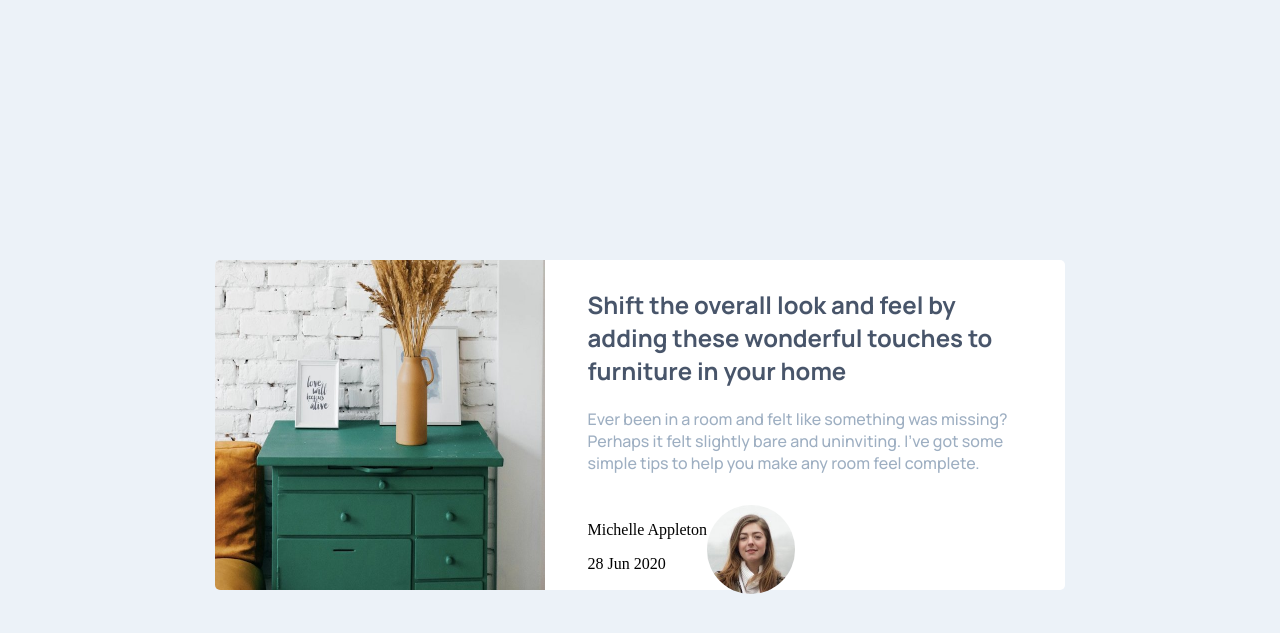
Repository: ricky603/training-css
Page: article-preview-component-master/index.html
An editor plug-in stored every save of this project. The page is shown before and after the next save, followed by the edit.
The browser window is 1280 px wide. The pictures show the whole page.

Above is the page before, as saved 2020-09-09 09:09:50.

### article-preview-component-master/index.html
<!DOCTYPE html>
<html lang="en">

<head>
    <meta charset="UTF-8">
    <meta name="viewport" content="width=device-width, initial-scale=1.0">
    <!-- displays site properly based on user's device -->

    <link rel="icon" type="image/png" sizes="32x32" href="./images/favicon-32x32.png">
    <link rel="stylesheet" href="./styles.css">
    <link href="https://fonts.googleapis.com/css2?family=Manrope:wght@500;700&display=swap" rel="stylesheet">

    <title>Frontend Mentor | Article preview component</title>

    <!-- Feel free to remove these styles or customise in your own stylesheet 👍 -->
</head>

<body>
    <div class="article">
        <div id="image">
            <img src="./images/drawers.jpg" class="drawer">
        </div>

        <div class="post">
            <div class="head">
                <h2>Shift the overall look and feel by adding these wonderful touches to furniture in your home</h2>
            </div>
            <div class="body">
                <p>Ever been in a room and felt like something was missing? Perhaps it felt slightly bare and uninviting. I’ve got some simple tips to help you make any room feel complete.</p>
            </div>
            <div class="avatar">
                <img src="./images/avatar-michelle.jpg" class="profile">
                <div class="name">
                    <p>Michelle Appleton</p>
                    <p>28 Jun 2020</p>
                </div>
            </div>
        </div>
    </div>


</body>

</html>

<!--

  Ever been in a room and felt like something was missing? Perhaps
  it felt slightly bare and uninviting. I’ve got some simple tips
  to help you make any room feel complete.

  Michelle Appleton
  28 Jun 2020

  Share -->

### article-preview-component-master/styles.css
body {
    background-color: hsl(210, 46%, 95%);
}

h2 {
    font-family: 'Manrope';
    font-weight: 700;
}

#image {
    display: inline-block;
}

.post {
    position: absolute;
    width: 52%;
    display: inline-block;
    margin: 1% 5% 0 5%;
}

.body {
    position: relative;
    display: inline-block;
    font-family: 'Manrope';
    font-weight: 500;
    font-size: 16px;
    color: hsl(212, 23%, 69%);
    bottom: 15px;
}

.head {
    display: inline-block;
    color: hsl(217, 19%, 35%);
}

.article {
    position: fixed;
    width: 850px;
    height: 330px;
    background-color: white;
    margin: auto;
    top: 50%;
    left: 50%;
    margin-top: -100px;
    margin-left: -425px;
    border-radius: 5px;
}

.drawer {
    width: 330px;
    height: 330px;
    border-radius: 5px 0 0 5px;
}

.attribution {
    font-size: 11px;
    text-align: center;
}

.attribution a {
    color: hsl(228, 45%, 44%);
}

.avatar {
    display: inline-block;
}

.profile {
    height: 30%;
    width: 30%;
    border-radius: 100%;
}

.name {
    float: left;
}

After the next save:
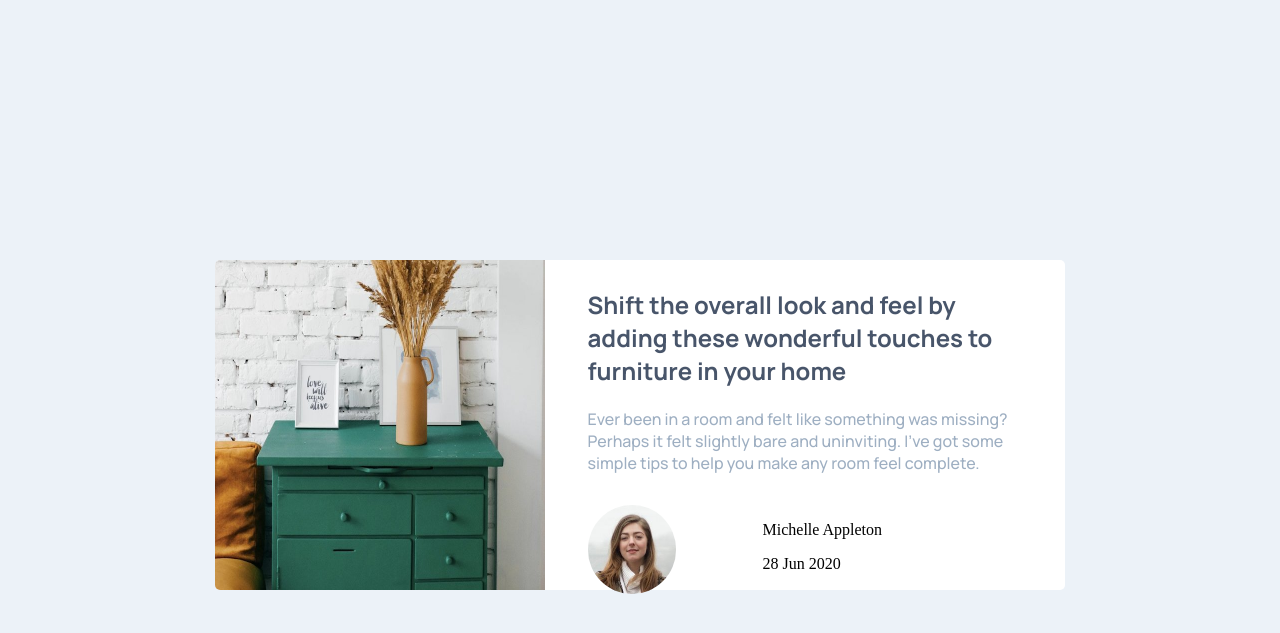
Saved 6 s later.
--- a/article-preview-component-master/styles.css
+++ b/article-preview-component-master/styles.css
@@ -72,5 +72,5 @@ h2 {
 }
 
 .name {
-    float: left;
+    float: right;
 }
